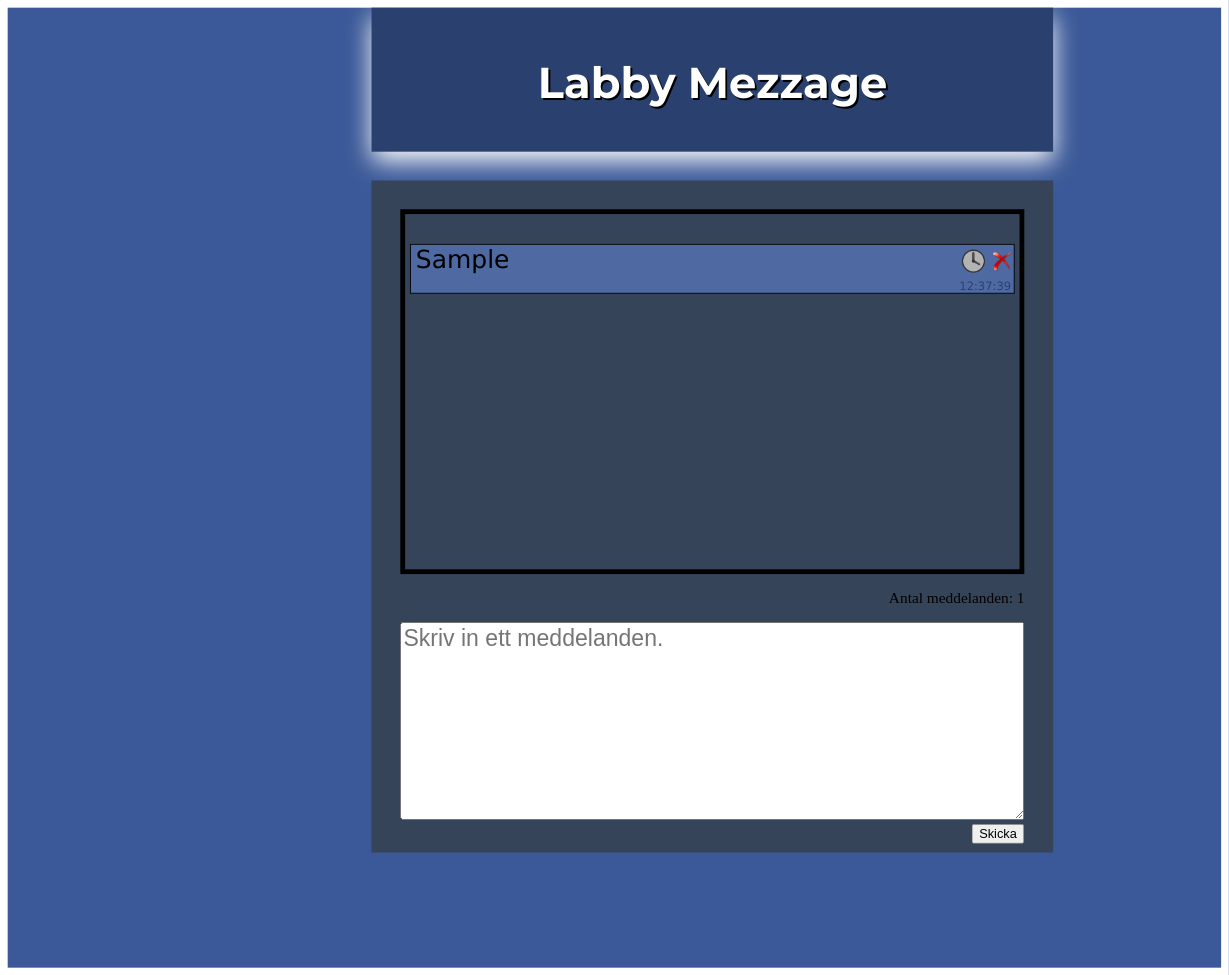
Repository: lw222gz/1dv403-laborationer-lw222gz
Page: 2-labbymezzage/index.html
The author's editor kept a record of every edit. The page is drawn from the files as they stood at one moment, then again after the next edit.
The browser window is 1280 px wide. The pictures show the whole page, at 96% of full size.
Empty fields were first filled with sample values (such as "Sample", 5 or name@example.com).
After loading, the first visible `#send` was clicked once.

Above is the page before.

After the next edit:
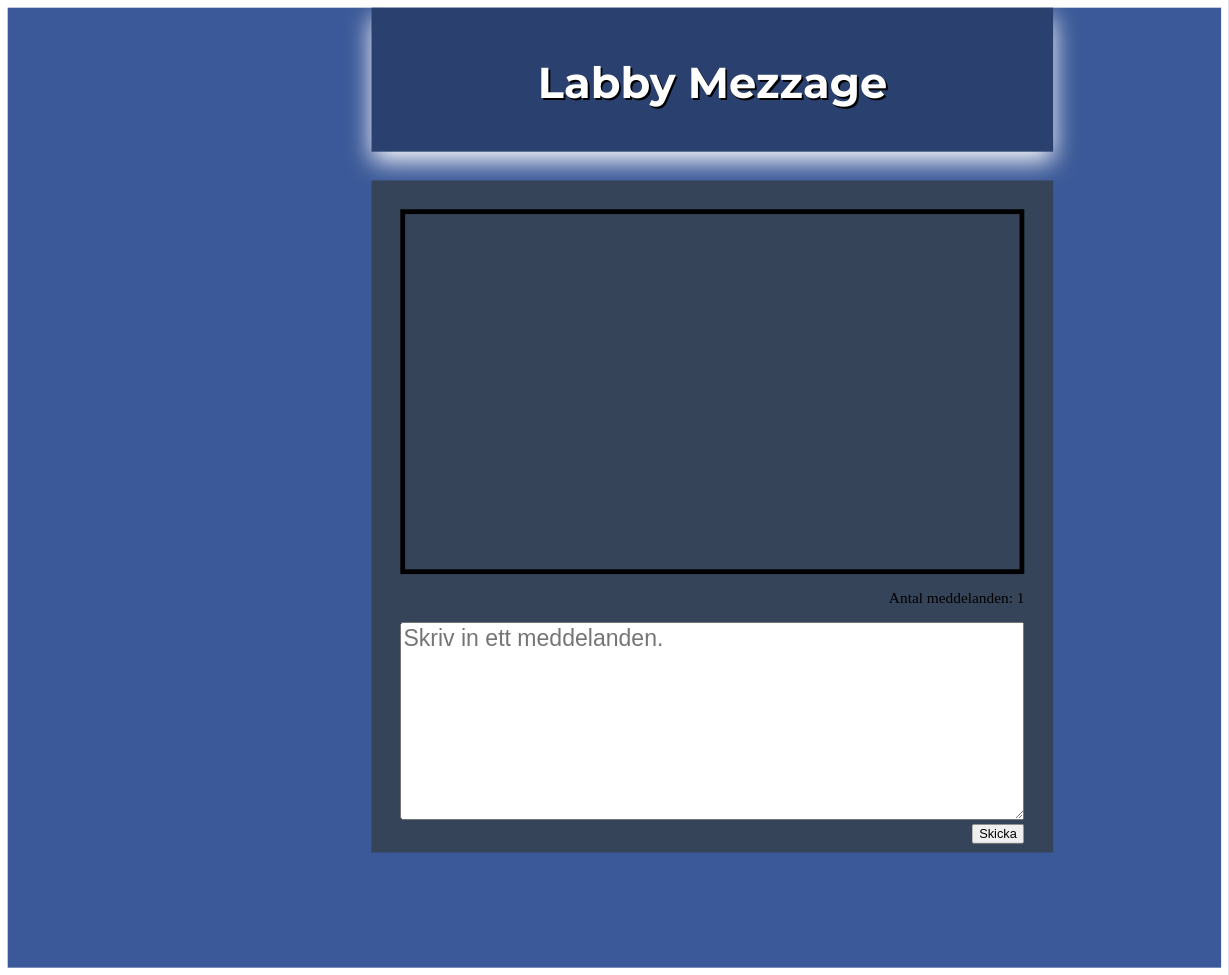
The edit:
--- a/2-labbymezzage/LabbyMessage.js
+++ b/2-labbymezzage/LabbyMessage.js
@@ -107,7 +107,7 @@
         TimeShow.innerHTML = messages[index].getDateText();
 
         text.innerHTML = messages[index].getHTMLText();
-        div.appendChild(text);
+
         var element = document.getElementById("text");
         element.scrollTop = element.scrollHeight;
         text.appendChild(img);

After the edit that followed:
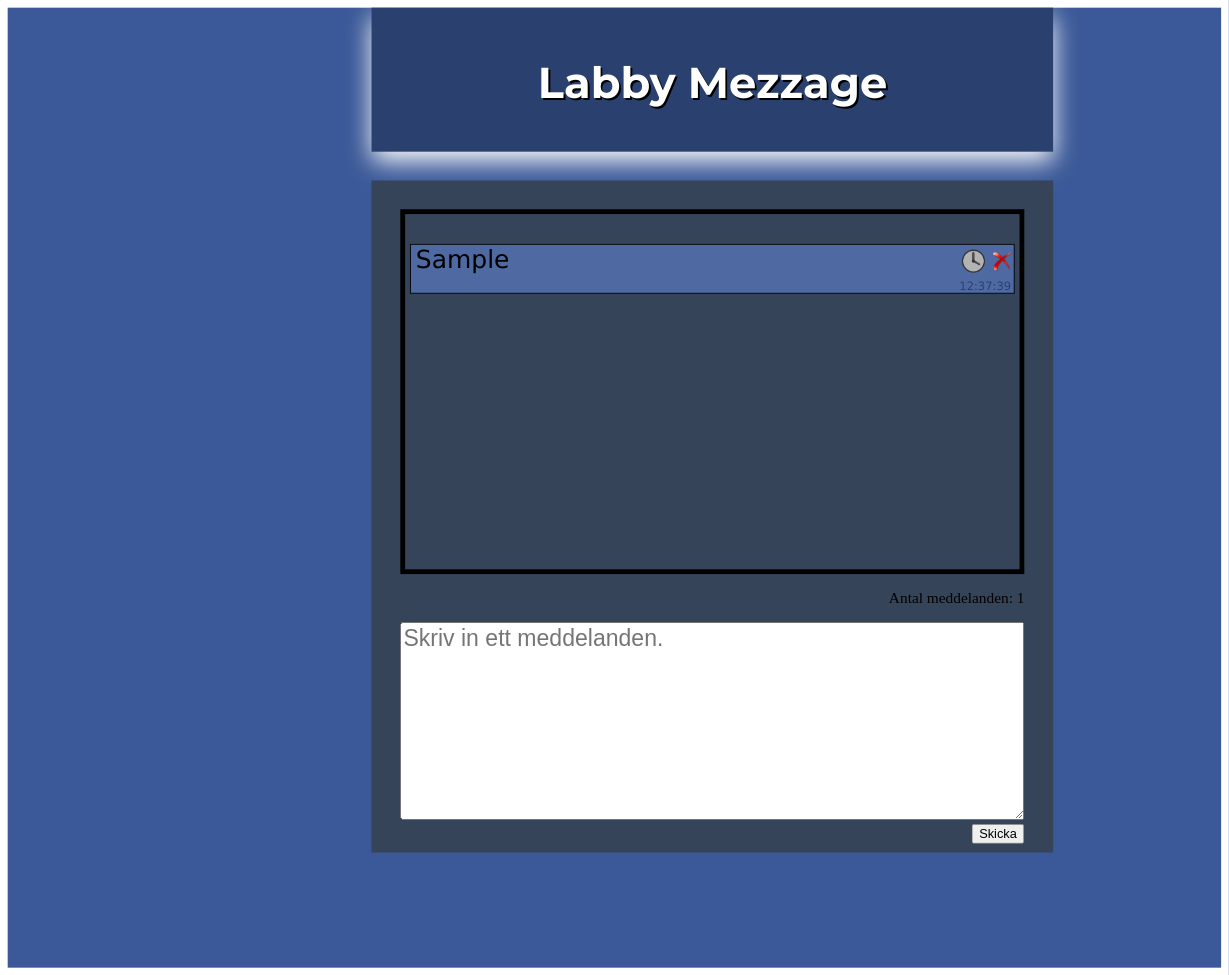
The edit:
--- a/2-labbymezzage/LabbyMessage.js
+++ b/2-labbymezzage/LabbyMessage.js
@@ -113,6 +113,7 @@
         text.appendChild(img);
         text.appendChild(clockimg);
         text.appendChild(TimeShow);
+        div.appendChild(text);
 
 
     }
